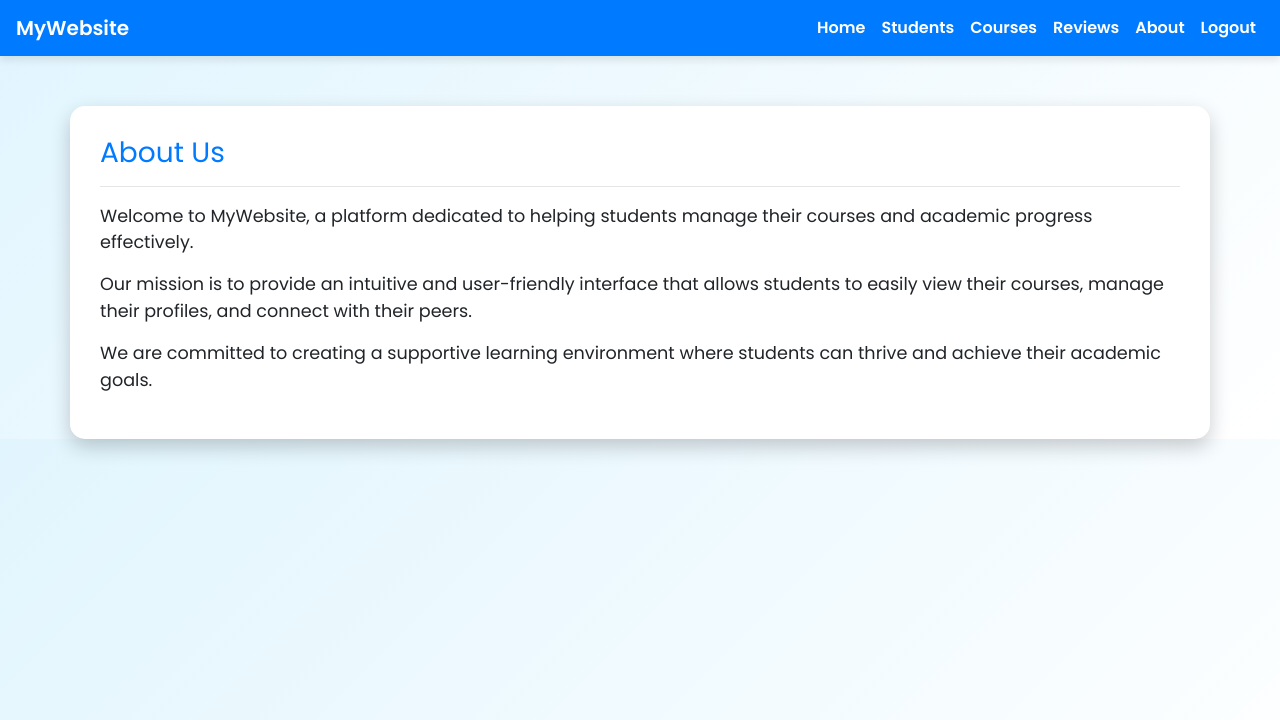
Repository: Jagadeesh5242/ERP
Page: http://localhost/about
These files come from the project's save history. The page is drawn as it stood at one moment and after the next save; the edit follows.
The browser window is 1280 px wide. The pictures show the whole page.
The page is this project's Thymeleaf template; nobody is signed in. The template is opened directly, without the code that normally fills it, so the values that code supplies are empty.

Above is the page before, as saved 2024-09-25 06:02:50.

After the next save:
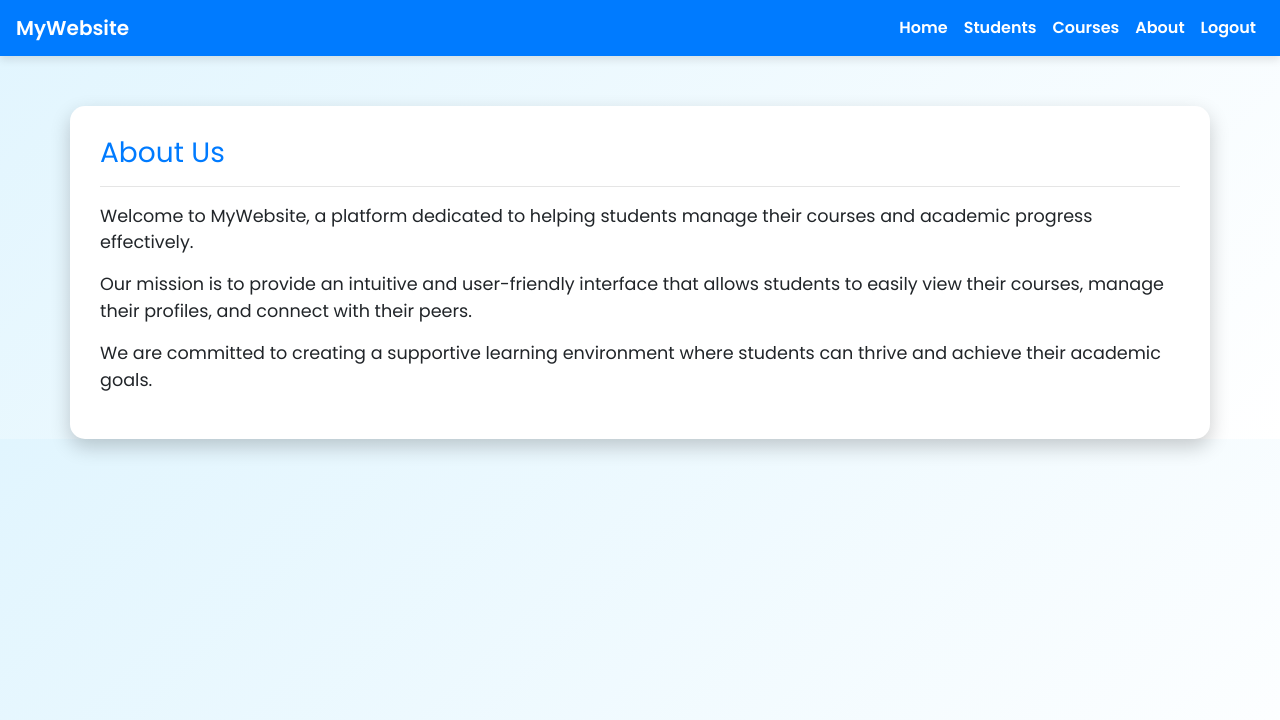
Saved 28 s later.
--- a/Student-Database-Management-System-using-JAVA-Spring-Boot-master/src/main/resources/templates/about.html
+++ b/Student-Database-Management-System-using-JAVA-Spring-Boot-master/src/main/resources/templates/about.html
@@ -74,9 +74,7 @@
                 <li class="nav-item">
                     <a class="nav-link" th:href="@{/courses}">Courses</a>
                 </li>
-                <li class="nav-item">
-                    <a class="nav-link" th:href="@{/reviews}">Reviews</a>
-                </li>
+
                 <li class="nav-item">
                     <a class="nav-link" th:href="@{/about}">About</a>
                 </li>
